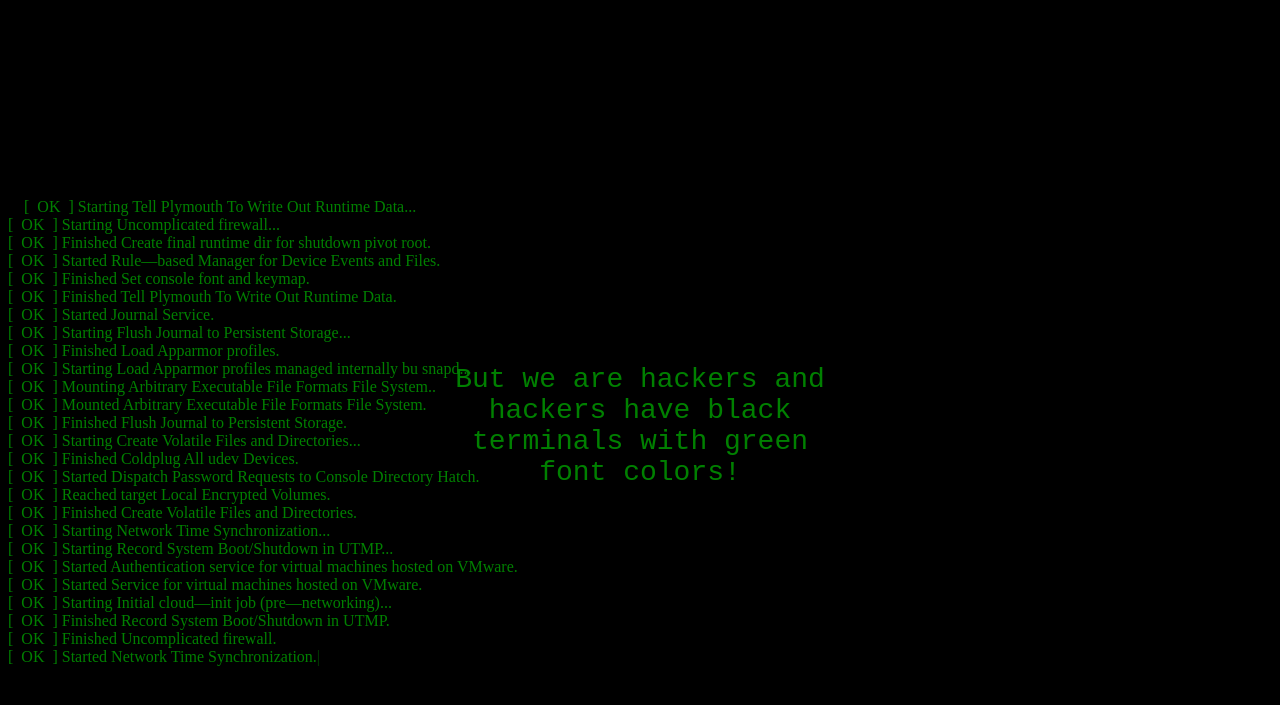
Repository: Dylennium/New-Site
Page: index.html
These files come from the project's save history. The page is drawn as it stood at one moment and after the next save; the edit follows.
The browser window is 1280 px wide. The pictures show the whole page.

Above is the page before, as saved 2023-04-28 17:00:31.

After the next save:
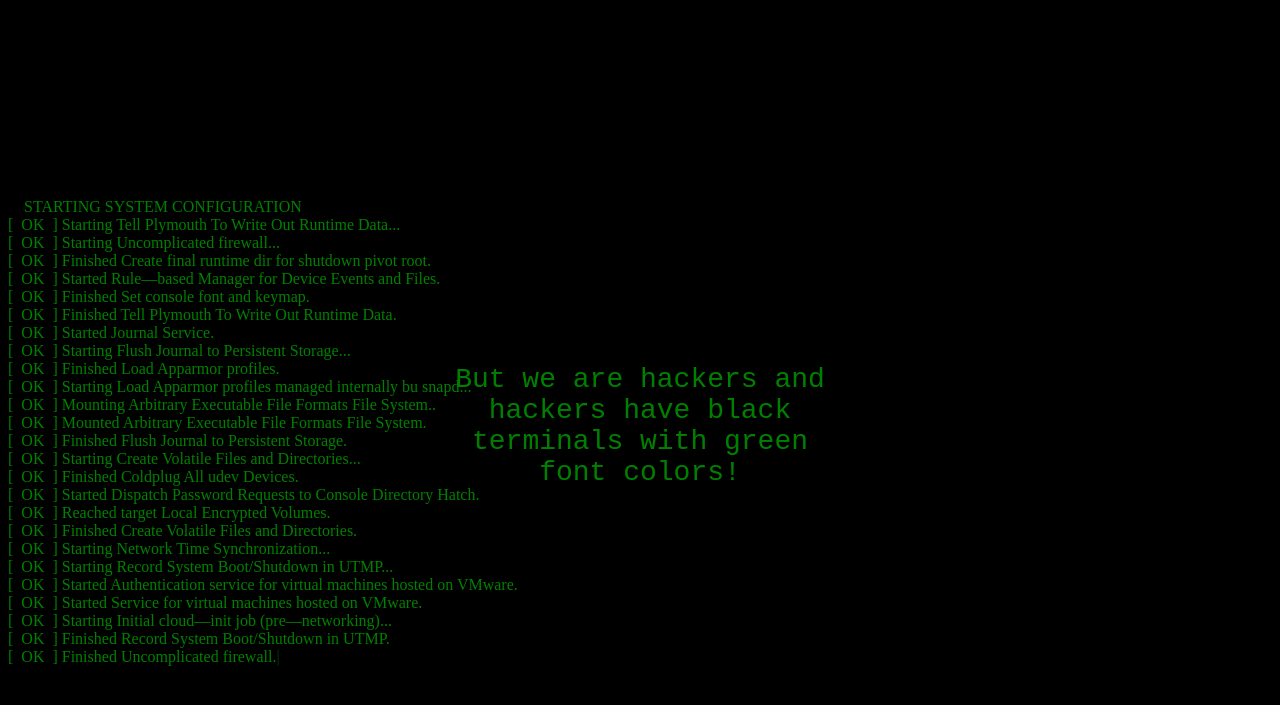
Saved 28 s later.
--- a/index.html
+++ b/index.html
@@ -21,6 +21,7 @@
 
 <script>
     var lines=[
+        "STARTING SYSTEM CONFIGURATION",
 "[  OK  ] Starting Tell Plymouth To Write Out Runtime Data...",
 "[  OK  ] Starting Uncomplicated firewall...",
 "[  OK  ] Finished Create final runtime dir for shutdown pivot root.",
